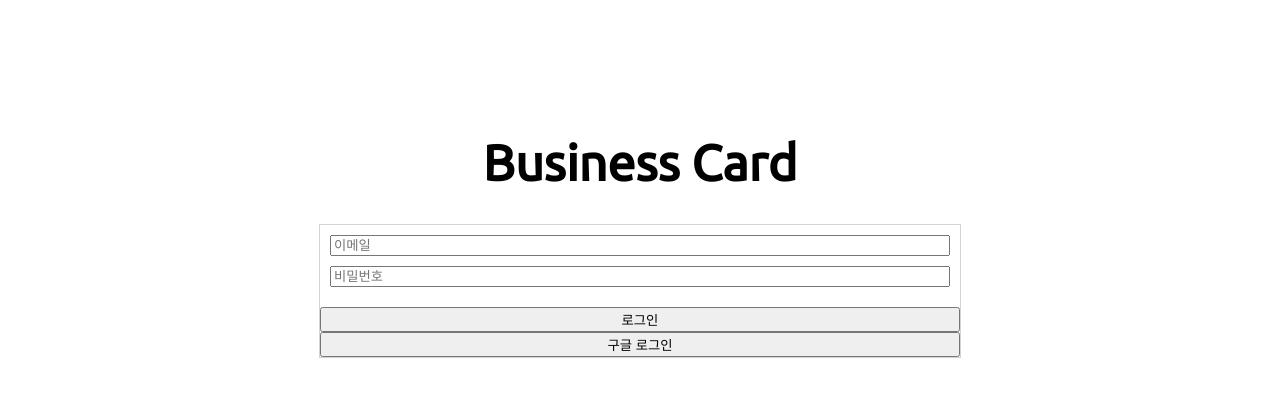
Repository: momo0170/react_businesscard
Page: /login
An editor plug-in stored every save of this project. The page is shown before and after the next save, followed by the edit.
The browser window is 1280 px wide. The pictures show the whole page.
The page's requests for data from a server got no answer. The project was rebuilt for these pictures with package versions that can differ from the ones it lists, and the page was loaded fresh each time. No one was signed in, and anything a server would have sent is missing.

Above is the page before, as saved 2022-08-10 19:39:01.

### public/index.html
<!DOCTYPE html>
<html lang="en">
  <head>
    <meta charset="utf-8" />
    <link rel="icon" href="%PUBLIC_URL%/favicon.ico" />
    <meta name="viewport" content="width=device-width, initial-scale=1" />
    <meta name="theme-color" content="#000000" />
    <meta
      name="description"
      content="Web site created using create-react-app"
    />
    <link rel="preconnect" href="https://fonts.googleapis.com" />
    <link rel="preconnect" href="https://fonts.gstatic.com" crossorigin />
    <link
      href="https://fonts.googleapis.com/css2?family=Ubuntu:ital,wght@0,400;1,500&display=swap"
      rel="stylesheet"
    />

    <title>App</title>
  </head>
  <body>
    <noscript>You need to enable JavaScript to run this app.</noscript>
    <div id="root"></div>
  </body>
</html>

### src/index.js
import React from 'react';
import ReactDOM from 'react-dom/client';
import './index.css';
import App from './app.jsx';
import './firebase.js';
import { BrowserRouter } from 'react-router-dom';

const root = ReactDOM.createRoot(document.getElementById('root'));
root.render(
  <BrowserRouter>
    <App />
  </BrowserRouter>
);

### src/index.css
body {
  margin: 0;
  font-family: 'Ubuntu', sans-serif;
  -webkit-font-smoothing: antialiased;
  -moz-osx-font-smoothing: grayscale;
}

code {
  font-family: source-code-pro, Menlo, Monaco, Consolas, 'Courier New',
    monospace;
}

### src/app.jsx
import React, { useState } from 'react';
import { Routes, Route } from 'react-router-dom';
import { auth, app } from './firebase';
import {
  GoogleAuthProvider,
  signInWithPopup,
  createUserWithEmailAndPassword,
  onAuthStateChanged,
  signInWithEmailAndPassword,
  signOut,
} from 'firebase/auth';
import Login from './components/login';

// createUserWithEmailAndPassword : 회원가입
// signInWithEmailAndPassword : 로그인
// signOut : 로그아웃
// sendEmailVerifiacation : 회원가입한 이메일 유호 확인
// updateEmail : 회원가입한 아이디 이메일 변경
// updatePassword : 회원가입한 아이디 패스워드 변경
// sendPasswordResetEmail : 회원가입한 비빌먼호 재설정
// delete : 회원가입한 아이디 삭제
// reauthenticate : 아이디 재인증
// onAuthStateChanged : 사용자의 로그인 상태 변경 감시

function App() {
  const [registerEmail, setRegisterEmail] = useState('');
  const [registerPassword, setRegisterPassword] = useState('');
  const [loginEmail, setLoginEmail] = useState('');
  const [loginPassword, setLoginPassword] = useState('');
  const [googleUserData, setGoogleUserData] = useState(null);
  const [emailUserData, setEmailUserData] = useState(null);

  // 회원가입
  const register = () => {
    createUserWithEmailAndPassword(auth, registerEmail, registerPassword)
      .then((userCredential) => {
        // Signed in
        var registerUser = userCredential.user;
        console.log(registerUser);
      })
      .catch((error) => {
        var errorCode = error.code;
        var errorMessage = error.message;
        console.log(errorCode);
        console.log(errorMessage);
        // ..
      });
  };

  // 이메일 로그인
  const emailLogin = () => {
    signInWithEmailAndPassword(auth, loginEmail, loginPassword)
      .then((userCredential) => {
        const user = userCredential.user;
        setEmailUserData(user);
        console.log(user);
      })
      .catch((error) => {
        const errorCode = error.code;
        const errorMessage = error.message;
        console.log(errorCode);
        console.log(errorMessage);
      });
  };

  // 구글 로그인
  const googleLogin = () => {
    const provider = new GoogleAuthProvider(); // provider를 구글로 설정
    signInWithPopup(auth, provider) // popup을 이용한 signup
      .then((data) => {
        setGoogleUserData(data.user); // user data 설정
        console.log(data); // console로 들어온 데이터 표시
      })
      .catch((err) => {
        console.log(err);
      });
  };

  return (
    <Routes>
      <Route path="/">
        <Route
          path="login"
          element={
            <Login
              googleLogin={googleLogin}
              register={register}
              emailLogin={emailLogin}
              googleUserData={googleUserData}
              setGoogleUserData={setGoogleUserData}
              emailUserData={emailUserData}
              setEmailUserData={setEmailUserData}
              setLoginEmail={setLoginEmail}
              setLoginPassword={setLoginPassword}
            />
          }
        />
      </Route>
      {/* <Route path="/main" element={<Main />} /> */}
    </Routes>
  );
}

export default App;

### src/firebase.js
import { initializeApp } from 'firebase/app';
import { getAuth } from 'firebase/auth';

const firebaseConfig = {
  apiKey: process.env.REACT_APP_API_KEY,
  authDomain: process.env.REACT_APP_AUTH_DOMAIN,
  projectId: process.env.REACT_APP_PROJECT_ID,
  storageBucket: process.env.REACT_APP_STORAGE_BUCKET,
  messagingSenderId: process.env.REACT_APP_MESSAGING_ID,
  appId: process.env.REACT_APP_APP_ID,
};
const app = initializeApp(firebaseConfig);
const auth = getAuth(app);

export { app, auth };

### src/components/login.jsx
import React from 'react';
import styles from '../css/login.module.css';

function Login({
  googleLogin,
  googleUserData,
  register,
  emailLogin,
  setGoogleUserData,
  emailUserData,
  setEmailUserData,
  setLoginEmail,
  setLoginPassword,
}) {
  return (
    <>
      <h1 className={styles.title}>Business Card</h1>
      <div className={styles.container}>
        <div className={styles.input}>
          <input
            placeholder="이메일"
            className={styles.id}
            onChange={(e) => {
              setLoginEmail(e.target.value);
            }}
          />
          <input
            placeholder="비밀번호"
            className={styles.password}
            onChange={(e) => {
              setLoginPassword(e.target.value);
            }}
          />
        </div>
        <div className={styles.login}>
          {/* 구글 로그인 */}

          <button onClick={googleLogin}>로그인</button>

          {/* 이메일 로그인 */}
          <button onClick={emailLogin}>구글 로그인</button>
        </div>
      </div>
    </>
  );
}

export default Login;

### src/css/login.module.css
@value normalBlue from '../common/colors.css';
@value lightGrey from '../common/colors.css';

.title {
  text-align: center;
  padding-top: 100px;
  font-size: 50px;
  color: normalBlue;
}

.container {
  display: flex;
  flex-direction: column;
  width: 50vw;
  border: 1px solid lightGrey;
  margin: 0 auto;
}

.input {
  display: flex;
  flex-direction: column;
  margin: 10px 10px;
}

.idk,
.password {
  margin: 10px 0;
}

.login {
  display: flex;
  flex-direction: column;
}

After the next save:
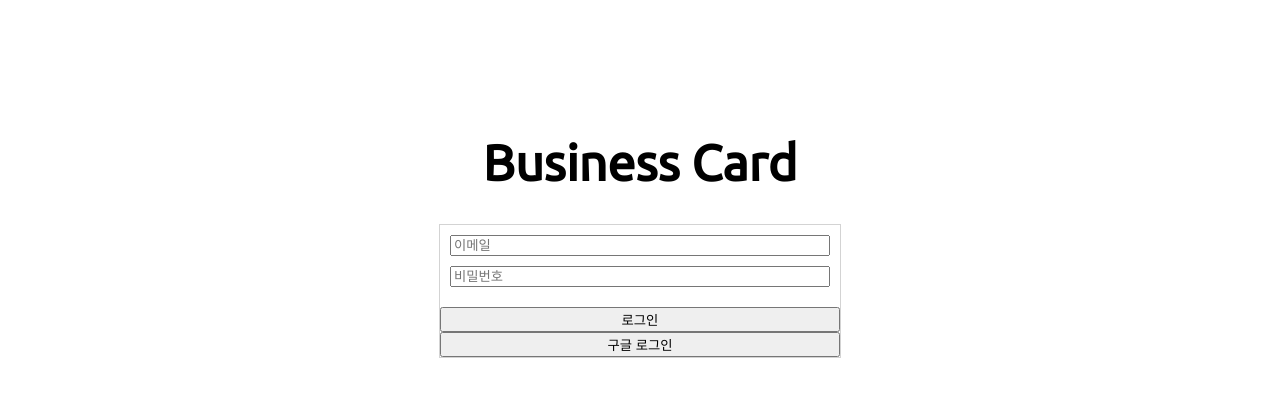
Saved 66 s later.
--- a/src/css/login.module.css
+++ b/src/css/login.module.css
@@ -11,7 +11,7 @@
 .container {
   display: flex;
   flex-direction: column;
-  width: 50vw;
+  width: 400px;
   border: 1px solid lightGrey;
   margin: 0 auto;
 }
